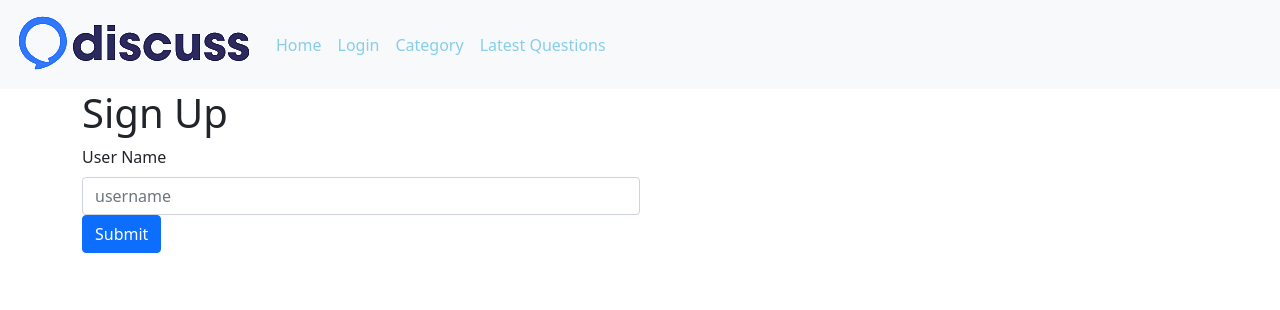
Repository: zeeShanizeeshan/php-project
Page: http://localhost/?signup=true
The author's editor kept a copy of each file at every save. The page is drawn from the files as they stood at one save, then again after the next save.
The browser window is 1280 px wide. The pictures show the whole page.
The page is run by PHP 8.4 with error messages shown; the project is at /var/www/html/.

Above is the page before, as saved 2025-12-02 16:35:11.

After the next save:
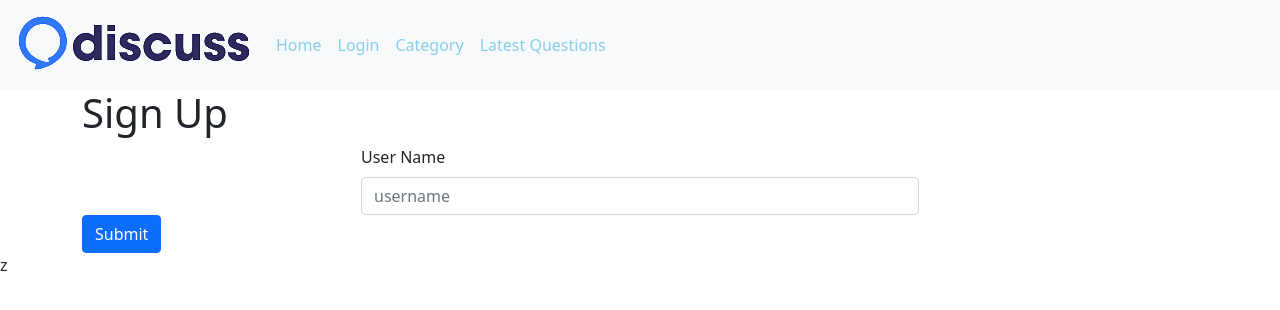
Saved 45 s later.
--- a/client/signup.php
+++ b/client/signup.php
@@ -1,10 +1,10 @@
 <div class="container">
     <h1>Sign Up</h1>
     <form>
-        <div class="z col-6">
+        <div class="col-6 offset-sm-3">
             <label for="username" class="form-label">User Name</label>
             <input type="text" class="form-control" id="username" placeholder="username">
         </div>
         <button type="submit" class="btn btn-primary">Submit</button>
     </form>
-</div>
+</div>z
